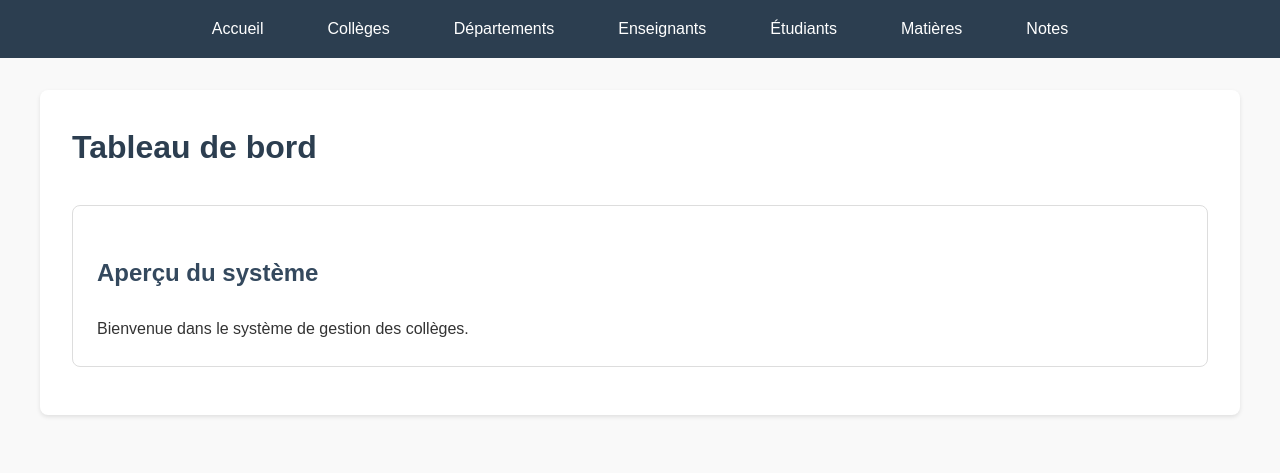
Repository: Ishimw3/college-management
Page: index.html
An editor plug-in stored every save of this project. The page is shown before and after the next save, followed by the edit.
The browser window is 1280 px wide. The pictures show the whole page.

Above is the page before, as saved 2025-02-24 19:38:45.

After the next save:
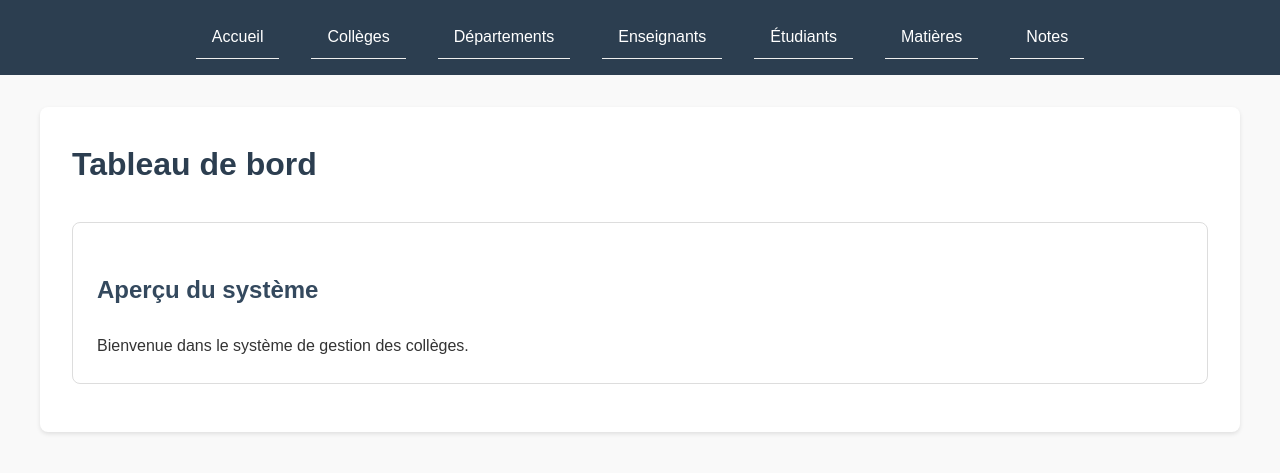
Saved 4 s later.
--- a/index.html
+++ b/index.html
@@ -4,7 +4,7 @@
     <meta charset="UTF-8">
     <meta name="viewport" content="width=device-width, initial-scale=1.0">
     <title>Système de Gestion des Collèges</title>
-    <link rel="stylesheet" href="css/college-styles.css">
+    <link rel="stylesheet" href="assets/css/main.css">
 </head>
 <body>
     <nav>
